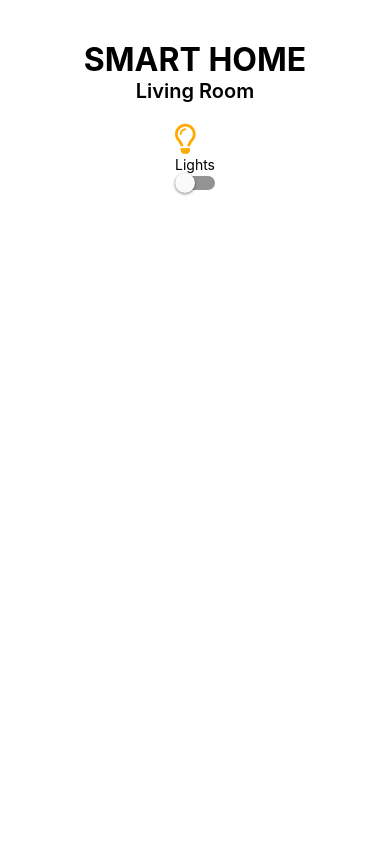
Repository: NQD2308/CNTT3
Screen: / (app in Week 5/home work/ListThietBi/)
An editor plug-in stored every save of this project. The screen is shown before and after a run of saves, followed by the edit.
The app was drawn by React Native's web renderer in a window 390 px wide. The project was rebuilt for these pictures with package versions that can differ from the ones it lists, and the page was loaded fresh each time.

Above is the screen before, as saved 2024-04-11 22:35:34.

After the next 3 saves:
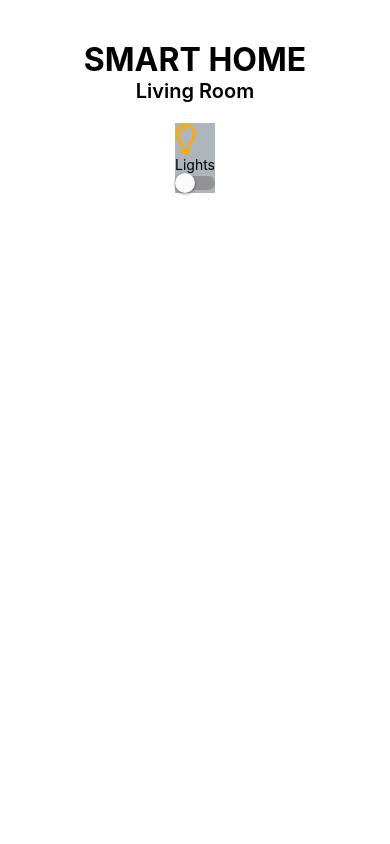
The 3 saves are shown as one change because 1 did not build or start and some came seconds apart.
The last was saved 23 s later.
--- a/Week 5/home work/ListThietBi/App.js
+++ b/Week 5/home work/ListThietBi/App.js
@@ -36,6 +36,6 @@ const styles = StyleSheet.create({
     marginBottom: 20
   },
   option: {
-
+    backgroundColor: '#adb5bd'
   },
 });
